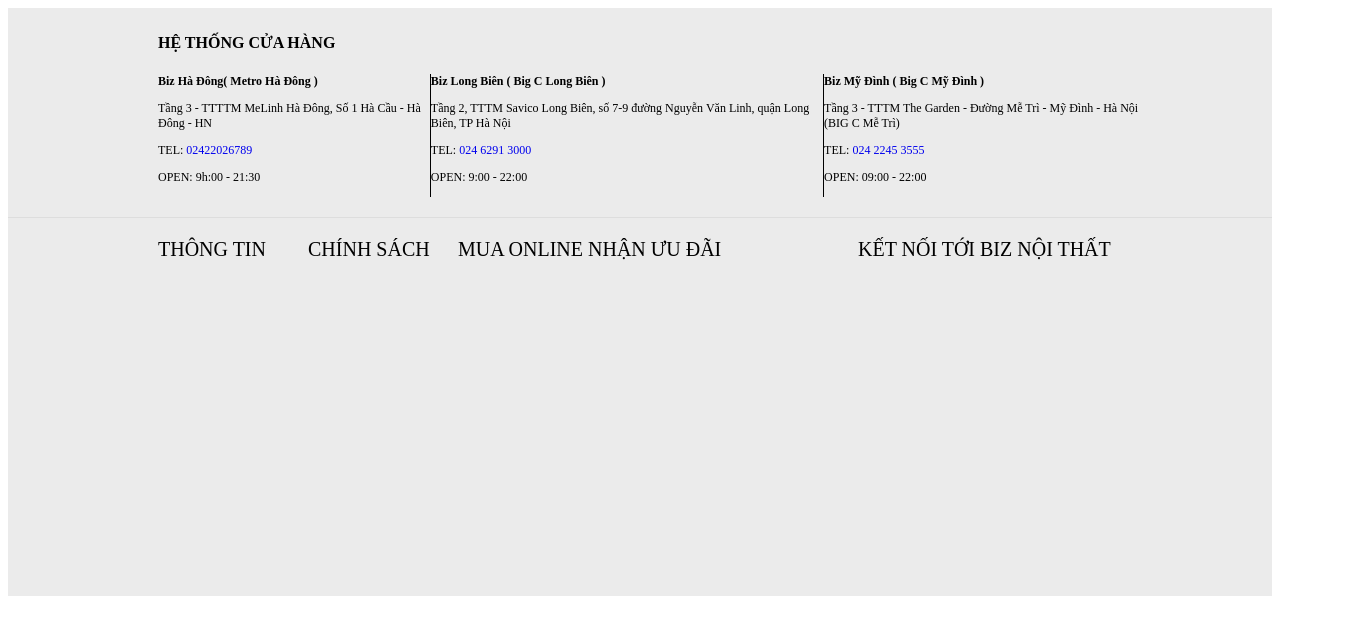
Repository: LongNguyen2504/T3H-FrondEnd
Page: lesson4_css_homework1.html
An editor plug-in stored every save of this project. The page is shown before and after the next save, followed by the edit.
The browser window is 1280 px wide. The page is 1358 px wide, so the pictures cover 1358 px, including what lies to the right of the window. The pictures show the whole page.

Above is the page before, as saved 2021-12-04 21:16:00.

### lesson4_css_homework1.html
<!DOCTYPE html>
<html lang="en">
<head>
    <meta charset="UTF-8">
    <meta http-equiv="X-UA-Compatible" content="IE=edge">
    <meta name="viewport" content="width=device-width, initial-scale=1.0">
    <title>Document</title>
    <link rel="stylesheet" href="lesson4_css_homework1.css">
</head>
<body>
    <div class="top-div ancestor-div">
        <div class="row1-div">
            <h4>HỆ THỐNG CỬA HÀNG</h4>
            <div class="row1-box-container">
                <div class="box1">
                    <strong>Biz Hà Đông( Metro Hà Đông )</strong>
                    <p>Tầng 3 - TTTTM MeLinh Hà Đông, Số 1 Hà Cầu - Hà Đông - HN</p>
                    <p>TEL: <a href="#1">02422026789</a></p>
                    <p>OPEN: 9h:00 - 21:30</p>
                </div>
                <div class="box2">
                    <strong>Biz Long Biên ( Big C Long Biên )</strong>
                    <p>Tầng 2, TTTM Savico Long Biên, số 7-9 đường Nguyễn Văn Linh, quận Long Biên, TP Hà Nội</p>
                    <p>TEL: <a href="#1">024 6291 3000</a></p>
                    <p>OPEN: 9:00 - 22:00</p>
                </div>
                <div class="box3">
                    <strong>Biz Mỹ Đình ( Big C Mỹ Đình )</strong>
                    <p>Tầng 3 - TTTM The Garden - Đường Mễ Trì - Mỹ Đình - Hà Nội (BIG C Mễ Trì)</p>
                    <p>TEL: <a href="#1">024 2245 3555</a></p>
                    <p>OPEN: 09:00 - 22:00</p>
                </div>
            </div>
        </div>
    </div>
    <div class="footer-div ancestor-div">
        <div class="row2-box-container">
            <div class="box4">
                <span>THÔNG TIN</span>
            </div>
            <div class="box5">
                <span>CHÍNH SÁCH</span>
            </div>
            <div class="box6">
                <span>MUA ONLINE NHẬN ƯU ĐÃI</span>
            </div>
            <div class="box7">
                <span>KẾT NỐI TỚI BIZ NỘI THẤT</span>
            </div>
        </div>
    </div>
</body>
</html>

### lesson4_css_homework1.css
*{
    box-sizing: border-box;
}
.ancestor-div{
    background-color: #ebebeb;
    justify-content: center;
    font-family: 'Times New Roman', Times, serif;


}
.top-div{
    width: 100%;
    height: 210px;
    border-bottom: 1px solid #dddddd;
    position: relative;
}
.row1-div{
    width: 80%;
    height: 200px;
    position: absolute;
    top: 5px;
    left: 150px;
}
.footer-div{
    width: 100%;
    height: 378px;
    position: relative;
}
.row2-box-container{
    width: 1200px;
    position: absolute;
    top: 20px;
    left: 150px;
    display: flex;
}
.row1-box-container{
    width: 1000px;
    display: flex;
    overflow: auto;

}
.box1{
    padding: auto;
    font-size: 12px;
    border-right: 1px solid black ;
}
.box2{
    padding: auto;
    font-size: 12px;
    border-right: 1px solid black ;

    /* position: relative;
    left: 10px; */
}
.box3{
    padding: auto;
    font-size: 12px;
    /* position: relative;
    left: 15px; */
}
.box4{
    width: 150px;
}
.box5{
    width: 150px;
}
.box6{
    width: 400px;
}
.box7{
    width: 400px;
}
a{
    text-decoration: none;

}
span{
    font-size: 20px;
}

After the next save:
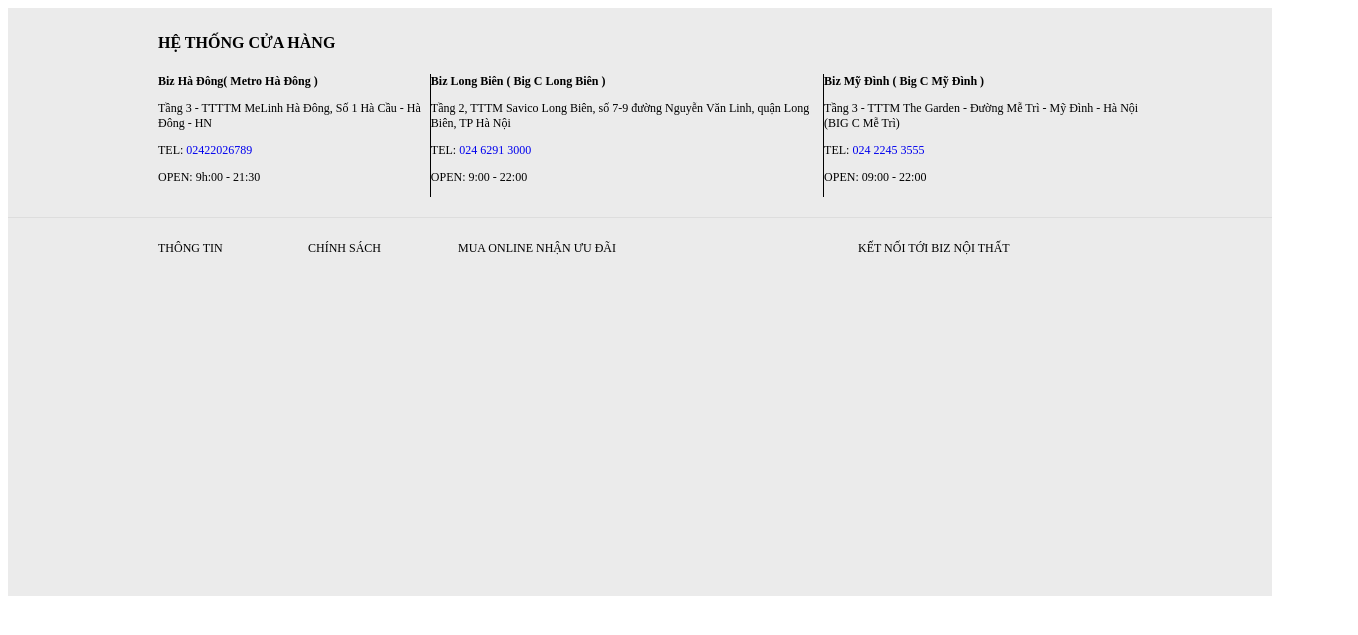
Saved 5 s later.
--- a/lesson4_css_homework1.css
+++ b/lesson4_css_homework1.css
@@ -75,5 +75,5 @@ a{
 
 }
 span{
-    font-size: 20px;
+    font-size: 12px;
 }
